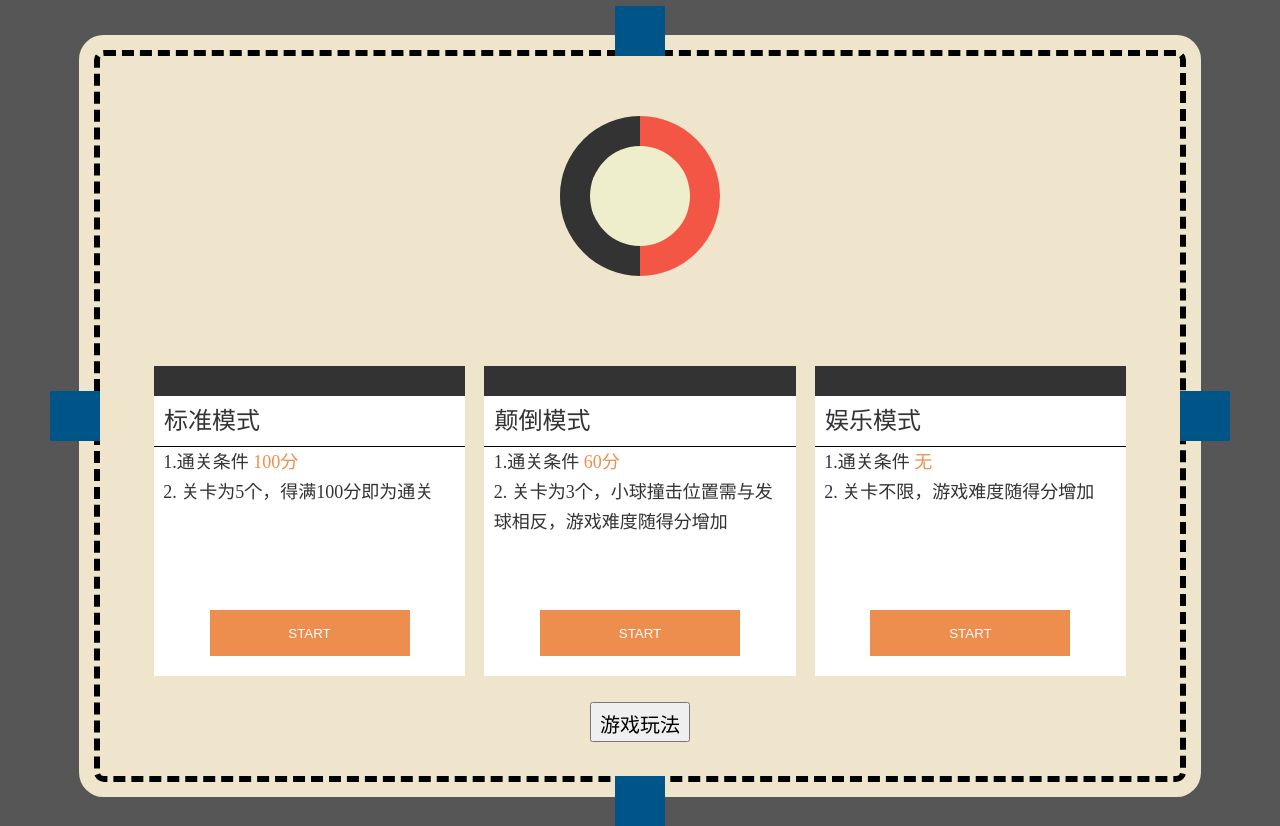
Repository: EEETA/ball-game
Page: theBall2/index.html
These files come from the project's save history. The page is drawn as it stood at one moment and after the next save; the edit follows.
The browser window is 1280 px wide. The pictures show the whole page.

Above is the page before, as saved 2018-08-02 16:31:49.

After the next save:
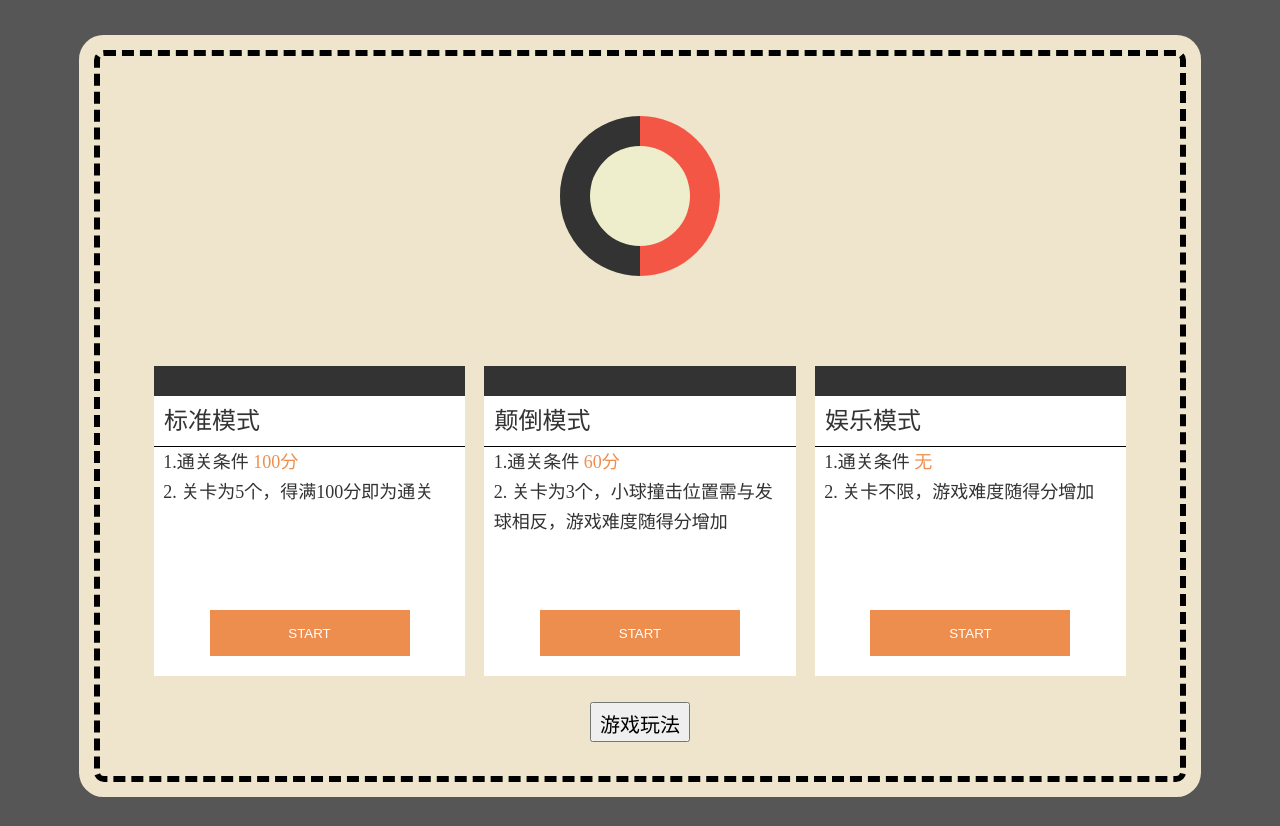
Saved 30 s later.
--- a/theBall2/style/index.css
+++ b/theBall2/style/index.css
@@ -73,7 +73,7 @@
     margin: 0 auto;
     width: 50px;
     height: 50px;
-    background: #058;
+    /* background: #058; */
 }
 .div_ball{
     position: absolute;

After the save that followed:
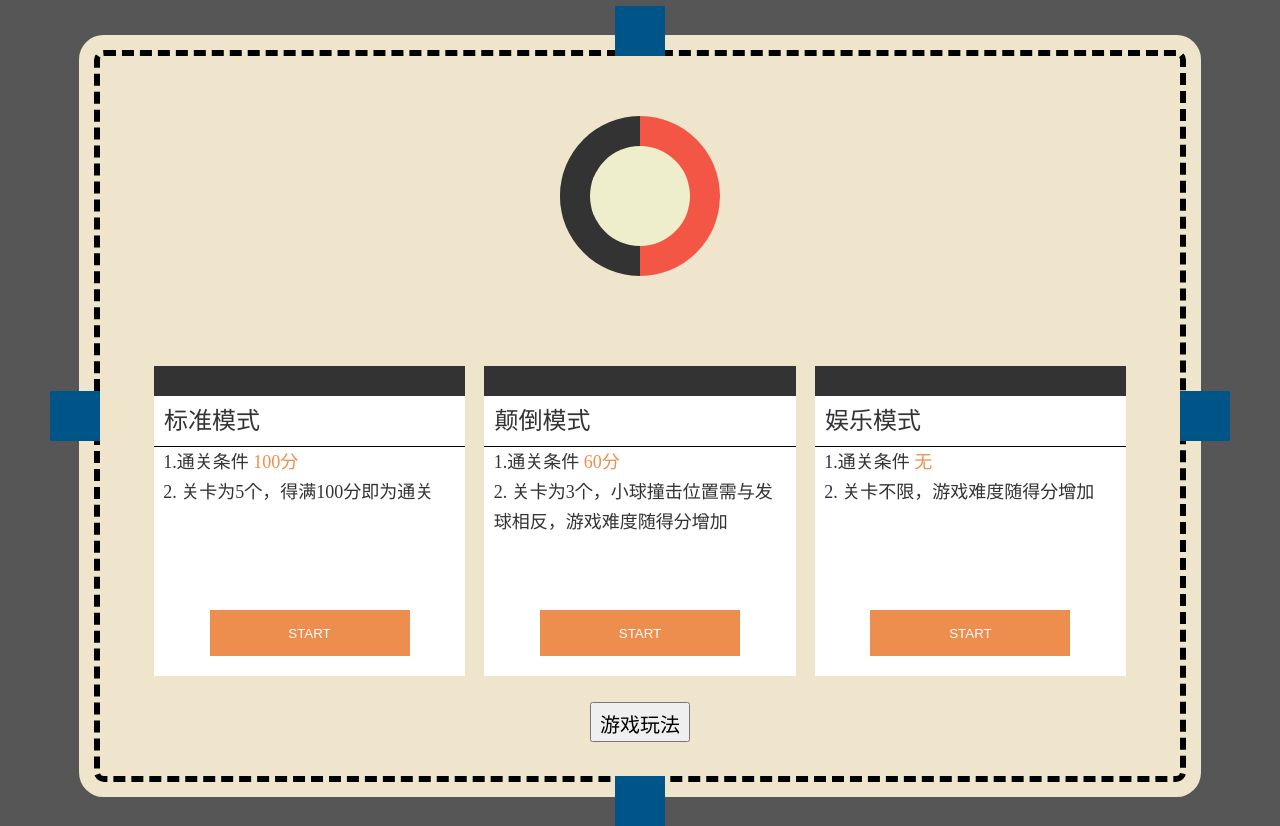
Saved 13 s later.
--- a/theBall2/style/index.css
+++ b/theBall2/style/index.css
@@ -73,7 +73,7 @@
     margin: 0 auto;
     width: 50px;
     height: 50px;
-    /* background: #058; */
+    background: #058;
 }
 .div_ball{
     position: absolute;
